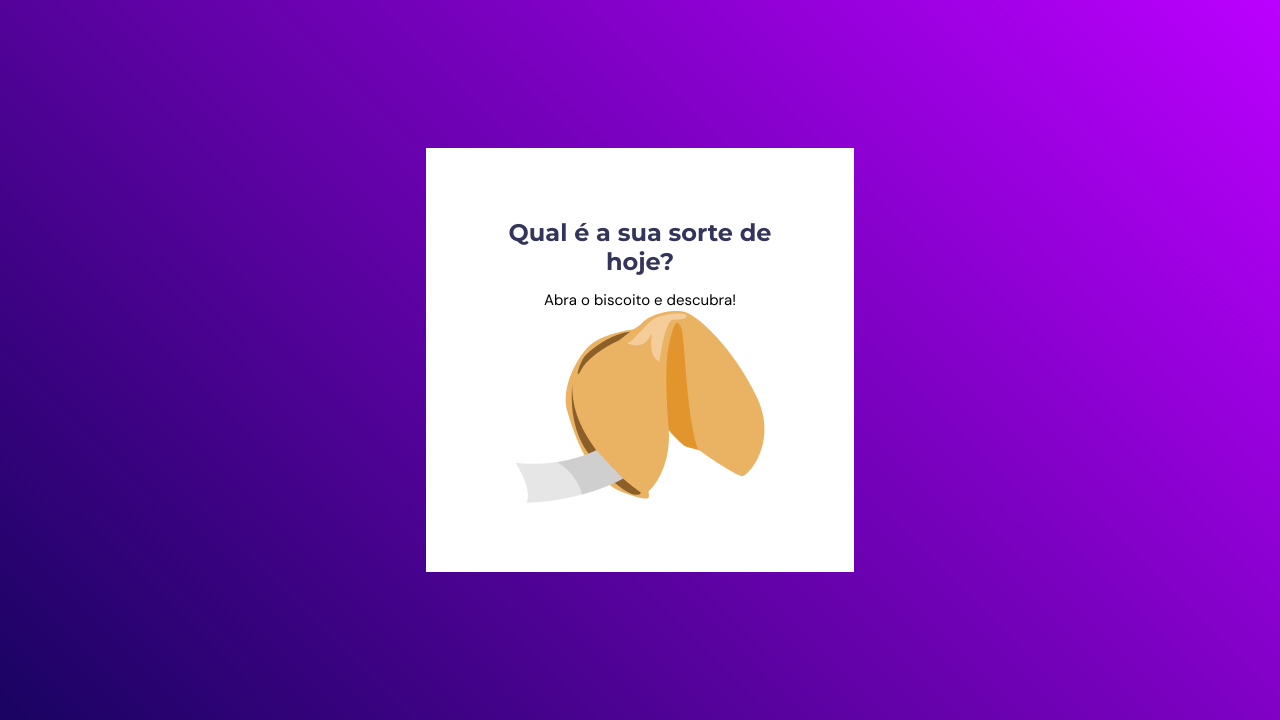
Repository: caueenrico/cookieCoach
Page: index.html
The author's editor kept a copy of each file at every save. The page is drawn from the files as they stood at one save, then again after a run of saves.
The browser window is 1280 px wide. The pictures show the whole page.

Above is the page before, as saved 2023-06-27 16:10:59.

### index.html
<!DOCTYPE html>
<html lang="en">
  <head>
    <meta charset="UTF-8" />
    <meta name="viewport" content="width=device-width, initial-scale=1.0" />
    <link rel="preconnect" href="https://fonts.googleapis.com" />
    <link rel="preconnect" href="https://fonts.gstatic.com" crossorigin />
    <link
      href="https://fonts.googleapis.com/css2?family=DM+Sans&family=Dancing+Script&family=Montserrat:wght@700&display=swap"
      rel="stylesheet"
    />
    <link rel="stylesheet" href="style.css" />
    <title>biscoito da sorte</title>
  </head>
  <body>
    <main>
      <h1>Qual é a sua sorte de hoje?</h1>
      <p>Abra o biscoito e descubra!</p>
      <img src="/biscoitoClose.png" alt="">
    </main>
  </body>
</html>

### style.css
* {
  margin: 0;
  padding: 0;
  box-sizing: border-box;
}

:root {
  font-size: 62.5%;

  --fs-heading: 2.4rem;
  --ff-heading: "Montserrat", sans-serif;

  --fs-subt: 1.5rem;
  --ff-subt: "DM Sans", sans-serif;
}

body {
  height: 100vh;
  width: 100vw;
  display: flex;
  flex-direction: column;
  justify-content: center;

  background: linear-gradient(45deg, #190361 0%, #b0f 100%);
}

main {
  margin: 0 auto;

  display: flex;
  flex-direction: column;
  align-items: center;
  justify-content: center;

  padding: 4.8rem 6.4rem;
  background-color: #fff;
  max-width: 42.8rem;
  min-height: 42.4rem;

  text-align: center;
}

main h1 {
  font-family: var(--ff-heading);
  font-size: var(--fs-heading);


  color: #34355b;
  margin-bottom: 1.4rem;
}

main p{
  font-size: var(--fs-subt);
  font-family: var(--ff-subt);

  margin-bottom: ;

}

After the next 2 saves:
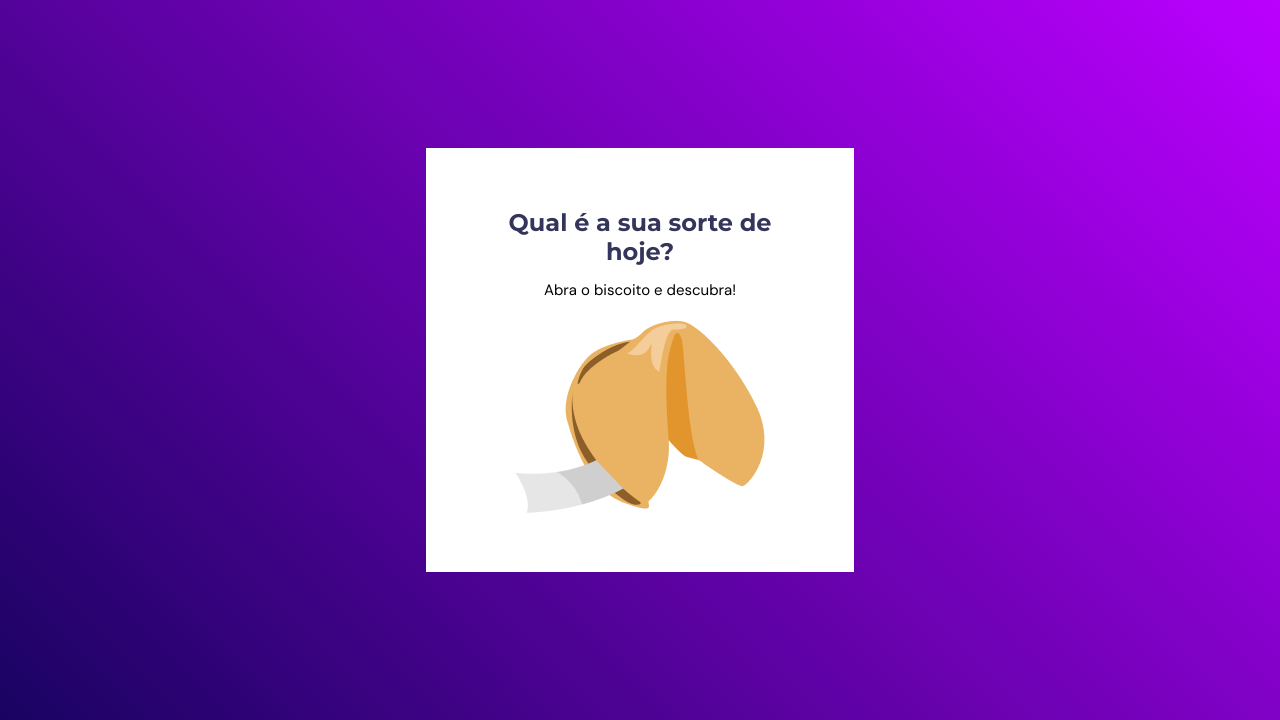
The 2 saves are shown as one change because they came seconds apart.
The last was saved 10 s later.
--- a/style.css
+++ b/style.css
@@ -53,6 +53,6 @@ main p{
   font-size: var(--fs-subt);
   font-family: var(--ff-subt);
 
-  margin-bottom: ;
+  margin-bottom: 2.0rem;
 
 }
